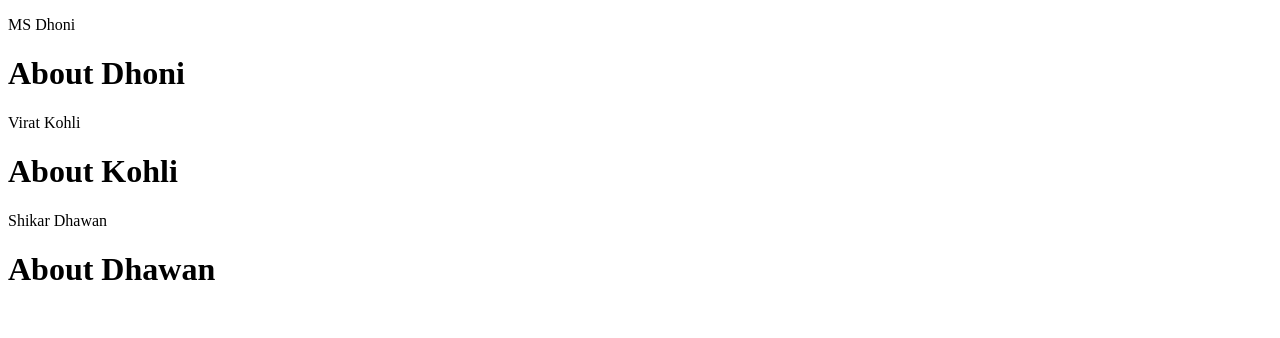
Repository: abhishek110597/Deloitte
Page: Workspace/JavaTraining/players.html
These files come from the project's save history. The page is drawn as it stood at one moment and after the next save; the edit follows.
The browser window is 1280 px wide. The pictures show the whole page.

Above is the page before, as saved 2019-12-31 03:59:49.

After the next save:
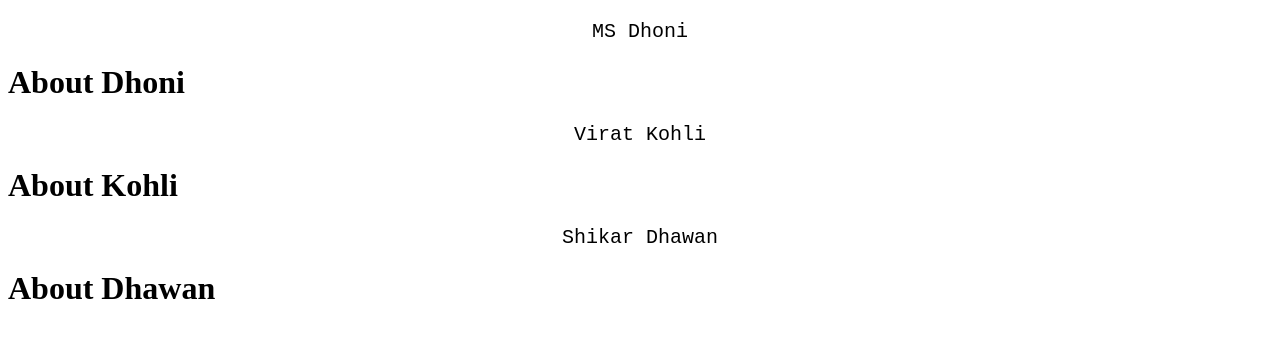
Saved 2 min 48 s later.
--- a/Workspace/JavaTraining/players.html
+++ b/Workspace/JavaTraining/players.html
@@ -2,7 +2,12 @@
 <html>
 <head>
 <style type="text/css">
-
+p{
+background-color: sky blue;
+text-align: center;
+font-family: monospace;
+font-size: 20px;
+}
 </style>
 <title>Players</title>
 </head>
